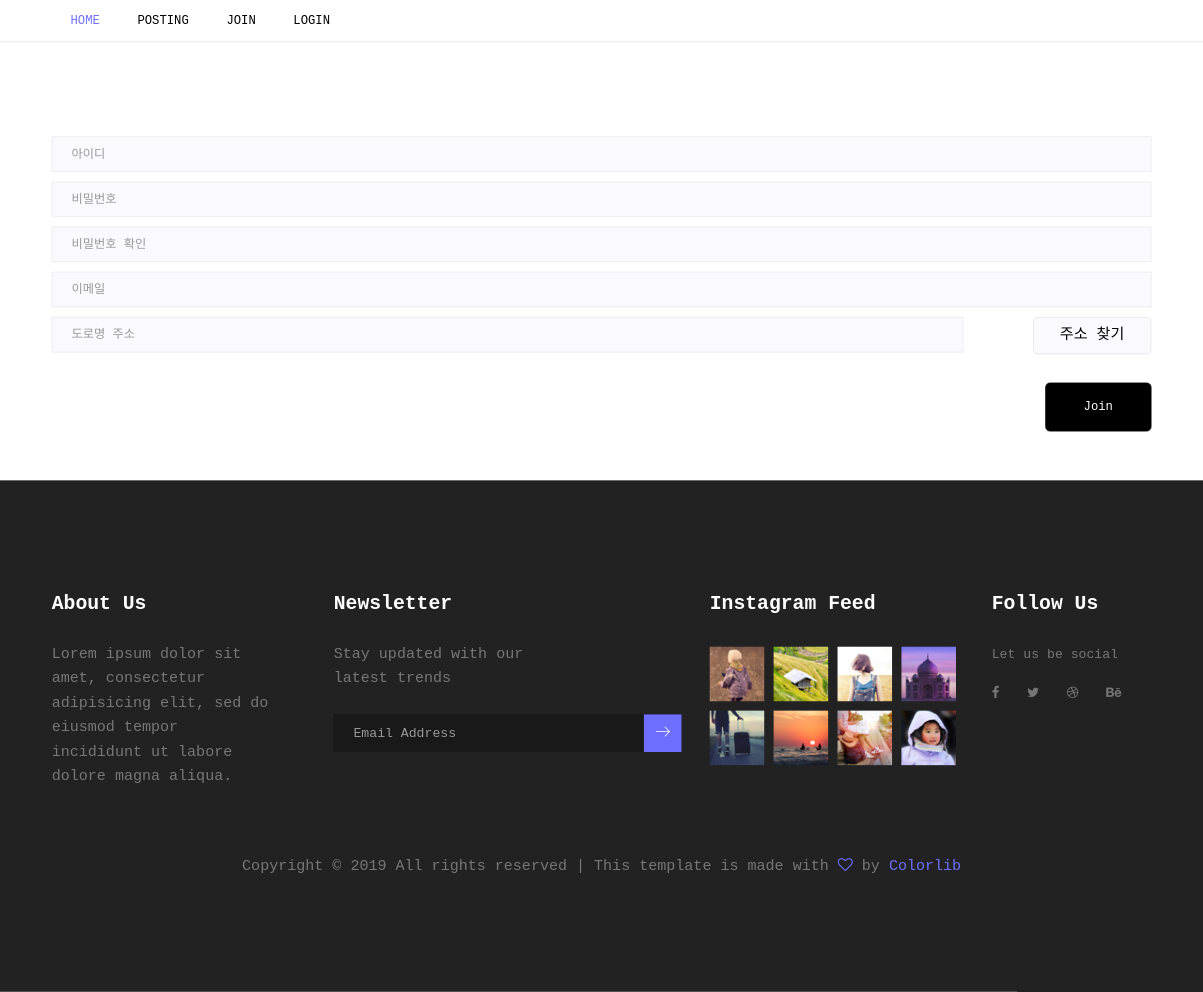
Repository: cwj2306/blog_project_2
Page: http://localhost/blog/user/join.jsp
An editor plug-in stored every save of this project. The page is shown before and after the next save, followed by the edit.
The browser window is 1280 px wide. The pictures show the whole page, at 94% of full size.
Some web fonts or font styles are not loaded; a fallback is used. The page is served by Tomcat 9.

Above is the page before, as saved 2019-11-05 07:19:27.

After the next save:
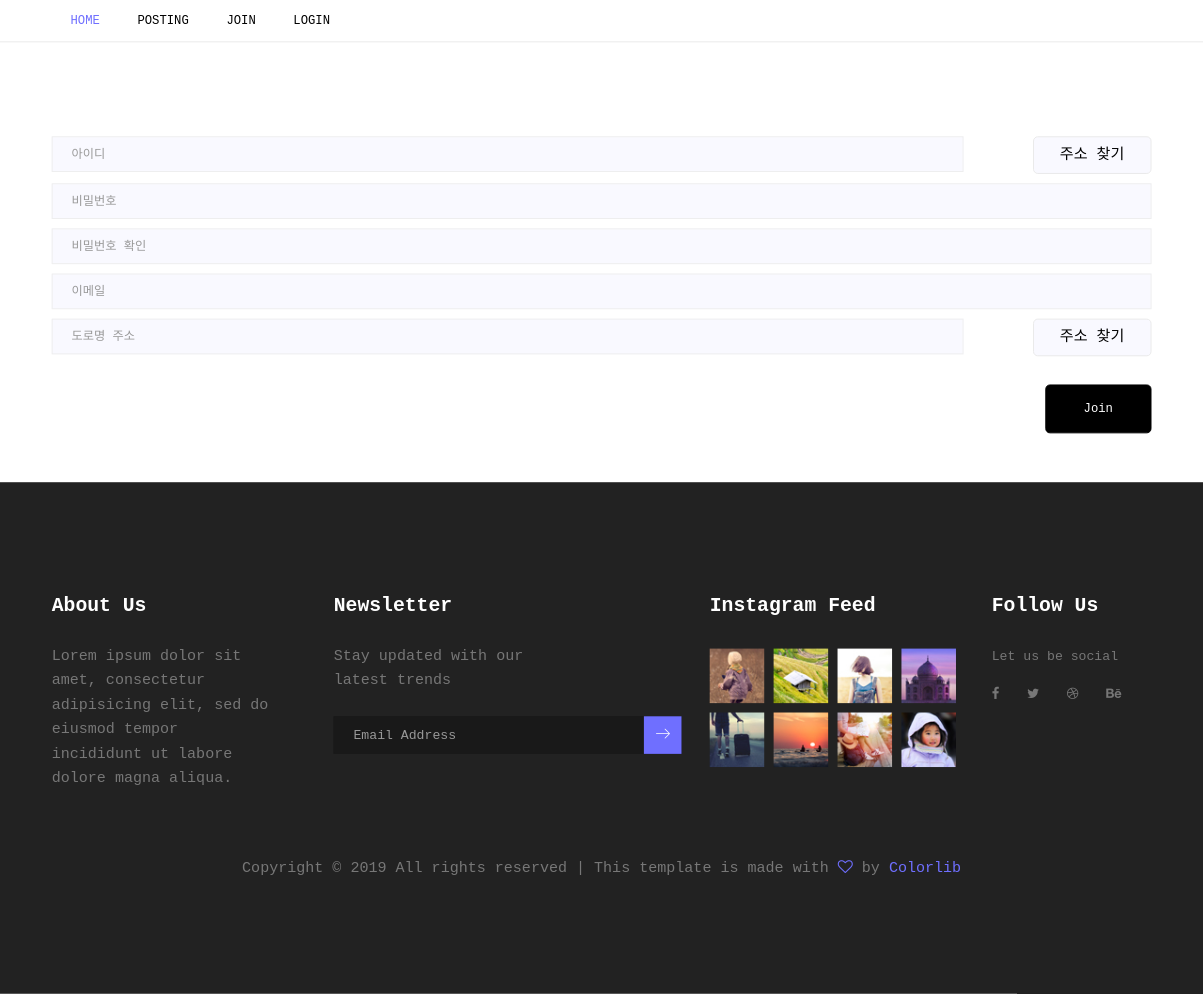
Saved 69 s later.
--- a/blog/WebContent/user/join.jsp
+++ b/blog/WebContent/user/join.jsp
@@ -8,9 +8,15 @@
 				<div class="col-lg-12">
 					<form class="row contact_form" action="/blog/user?cmd=join" method="post" onsubmit="return validateCheck()">
 
-						<div class="col-md-12">
+						<div class="col-md-10">
 							<div class="form-group">
 								<input type="text" class="form-control" name="username" placeholder="아이디" required="required">
+							</div>
+						</div>
+
+						<div class="col-md-2">
+							<div class="form-group float-right">
+								<a style="cursor:pointer;" class="blog_btn" href="#" onclick="goPopup()">주소 찾기</a>
 							</div>
 						</div>
 
